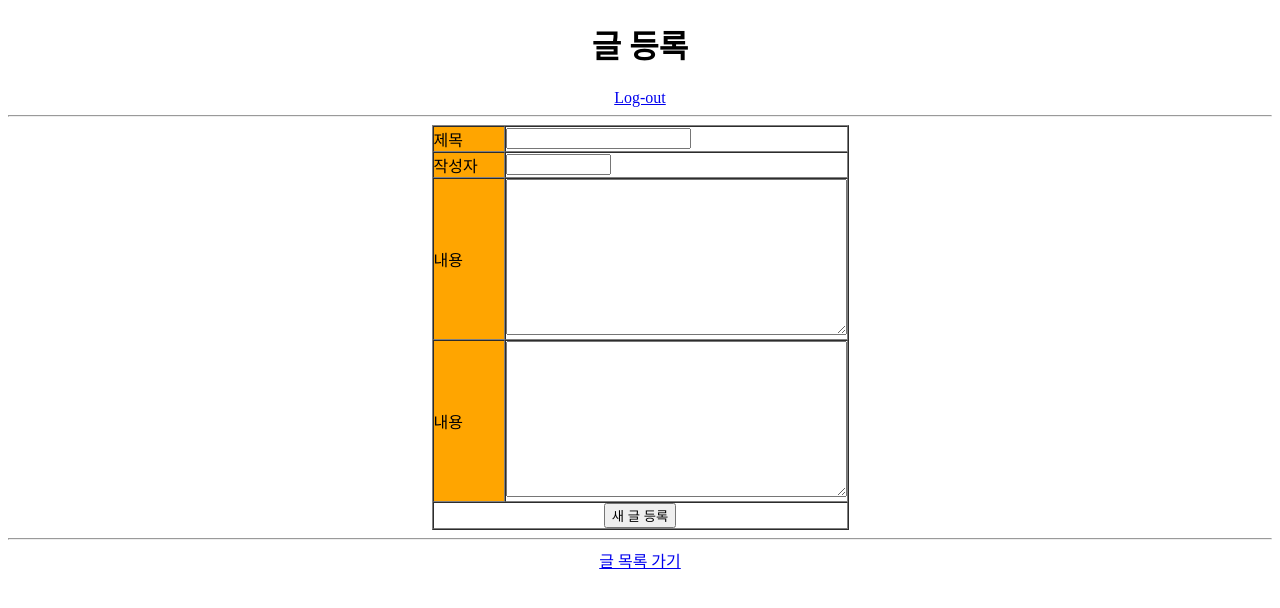
Repository: eunahpae/Spring_
Page: http://localhost/BoardWeb/insertBoard.jsp
An editor plug-in stored every save of this project. The page is shown before and after the next save, followed by the edit.
The browser window is 1280 px wide. The pictures show the whole page.
The page is served by Tomcat 9. Nobody is signed in. The application's start-up code is not run.

Above is the page before, as saved 2024-07-16 04:47:16.

After the next save:
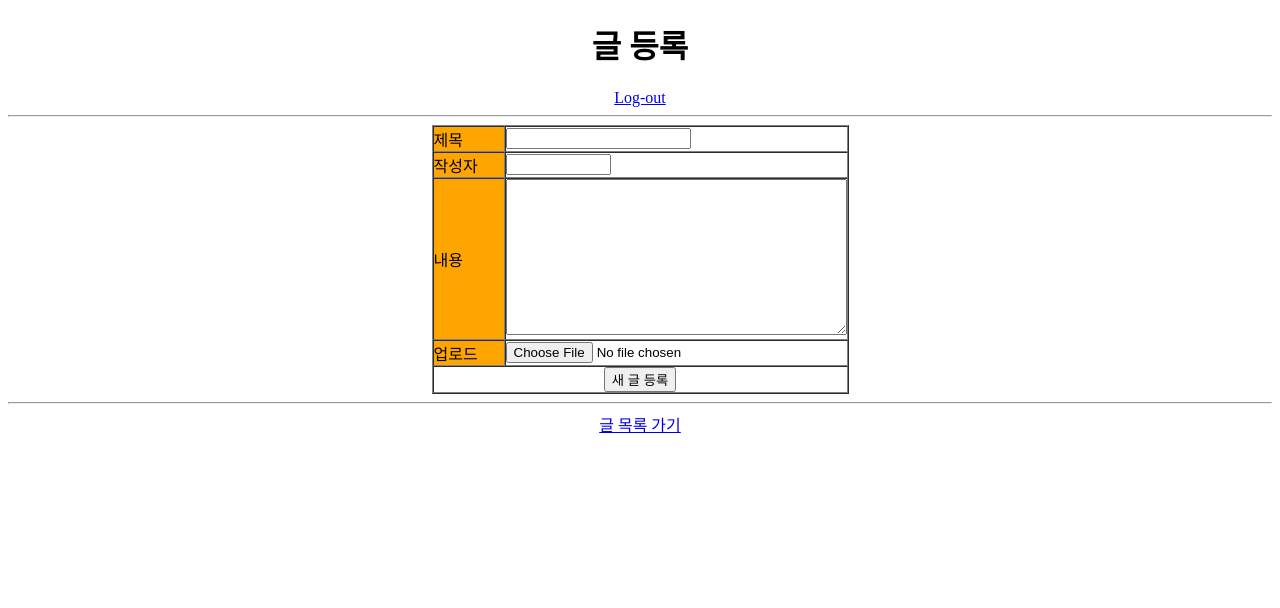
Saved 54 s later.
--- a/BoardWeb/src/main/webapp/insertBoard.jsp
+++ b/BoardWeb/src/main/webapp/insertBoard.jsp
@@ -26,8 +26,8 @@
 					<td align="left"><textarea name="content" cols="40" rows="10"></textarea></td>
 				</tr>
 				<tr>
-					<td bgcolor="orange" width="70">내용</td>
-					<td align="left"><textarea name="content" cols="40" rows="10"></textarea></td>
+					<td bgcolor="orange" width="70">업로드</td>
+					<td align="left"><input type="file" name="uploadFile"></td>
 				</tr>
 				<tr>
 					<td colspan="2" align="center"><input type="submit"
